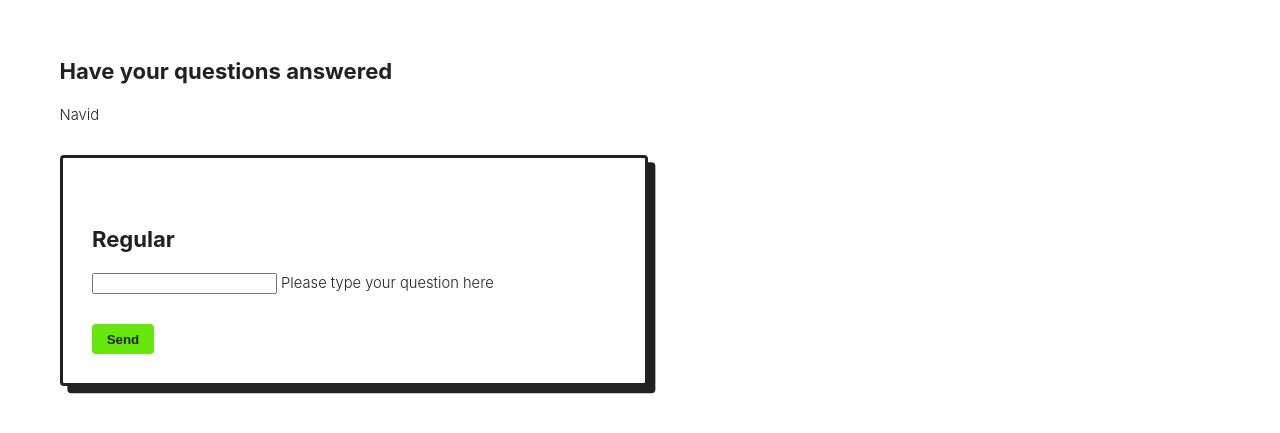
Repository: navid-amini12/capstone-1
Page: quiz.html
These files come from the project's save history. The page is drawn as it stood at one moment and after the next save; the edit follows.
The browser window is 1280 px wide. The pictures show the whole page.
Some web fonts or font styles are not loaded; a fallback is used.

Above is the page before, as saved 2022-05-17 12:31:23.

### quiz.html

<head>
    <link rel="stylesheet" href="quiz.css">
    </head>

<article class="l-design-widht">
    <h1>Have your questions answered</h1>

   <p>Navid</p>

    <div class="card">
      <h2><svg class="icon" aria-hidden="true">
        <h2>Regular</h2>
      <label class="input">
        <input class="input__field" type="text" placeholder=" " />
        <span class="input__label">Please type your question here</span>
      </label>
      <div class="button-group">
        <button>Send</button>

      </div>
    </div>



  <svg xmlns="http://www.w3.org/2000/svg" class="hidden">
    <symbol id="icon-coffee" viewBox="0 0 20 20">
      <title>icon-coffee</title>
      <path fill="currentColor" d="M15,17H14V9h3a3,3,0,0,1,3,3h0A5,5,0,0,1,15,17Zm1-6v3.83A3,3,0,0,0,18,12a1,1,0,0,0-1-1Z"/>
      <rect fill="currentColor" x="1" y="7" width="15" height="12" rx="3" ry="3"/>
      <path fill="var(--color-accent)" d="M7.07,5.42a5.45,5.45,0,0,1,0-4.85,1,1,0,0,1,1.79.89,3.44,3.44,0,0,0,0,3.06,1,1,0,0,1-1.79.89Z"/>
      <path fill="var(--color-accent)" d="M3.07,5.42a5.45,5.45,0,0,1,0-4.85,1,1,0,0,1,1.79.89,3.44,3.44,0,0,0,0,3.06,1,1,0,1,1-1.79.89Z"/>
      <path fill="var(--color-accent)" d="M11.07,5.42a5.45,5.45,0,0,1,0-4.85,1,1,0,0,1,1.79.89,3.44,3.44,0,0,0,0,3.06,1,1,0,1,1-1.79.89Z"/>
    </symbol>
  </svg>

### quiz.css
@import url('https://rsms.me/inter/inter.css');

:root {
  --color-light: white;
  --color-dark: #212121;
  --color-signal: #66e709;

  --color-background: var(--color-light);
  --color-text: var(--color-dark);
  --color-accent: var(--color-signal);

  --size-bezel: .5rem;
  --size-radius: 4px;

  line-height: 1.4;

  font-family: 'Inter', sans-serif;
  font-size: calc(.6rem + .4vw);
  color: var(--color-text);
  background: var(--color-background);
  font-weight: 300;
  padding: 0 calc(var(--size-bezel) * 3);
}





.card {
  background: var(--color-background);
  padding: calc(4 * var(--size-bezel));
  margin-top: calc(4 * var(--size-bezel));
  border-radius: var(--size-radius);
  border: 3px solid var(--color-shadow, currentColor);
  box-shadow: .5rem .5rem 0 var(--color-shadow, currentColor);




}


.l-design-widht {
  max-width: 40rem;
  padding: 2rem;
}

.input {
  position: relative;








}


.button-group {
  margin-top: 30px
}
button {
  color: currentColor;
  padding: var(--size-bezel) calc(var(--size-bezel) * 2);
  background: var(--color-accent);
  border: none;
  border-radius: var(--size-radius);
  font-weight: 900;
}


.icon {
  display: inline-block;
  height: 0em;
  margin-right: .5em;
}

After the next save:
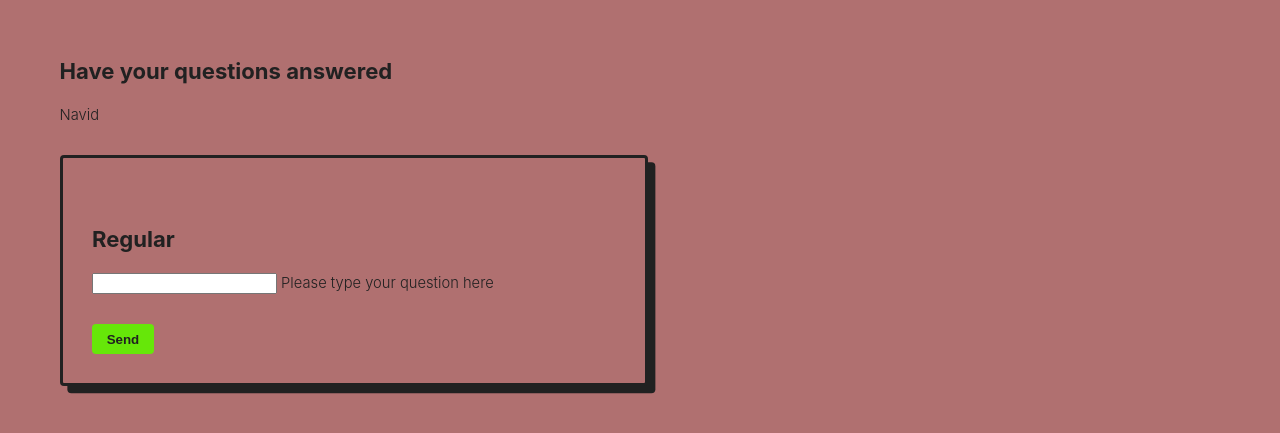
Saved 8 s later.
--- a/quiz.css
+++ b/quiz.css
@@ -1,7 +1,7 @@
 @import url('https://rsms.me/inter/inter.css');
 
 :root {
-  --color-light: white;
+  --color-light: rgb(176, 112, 112);
   --color-dark: #212121;
   --color-signal: #66e709;
 
